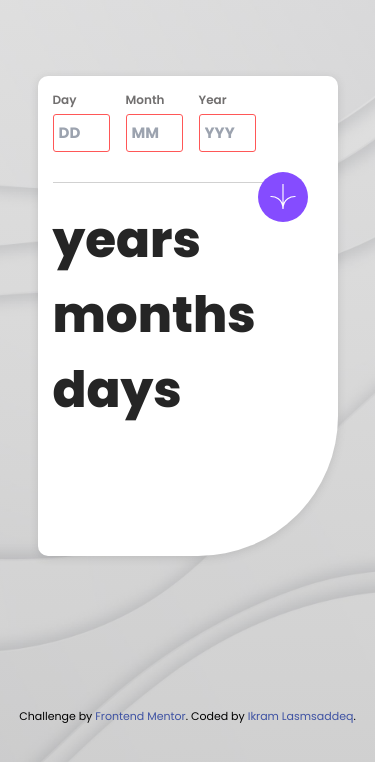
Repository: ikram-lisa/age-display
Page: /
An editor plug-in stored every save of this project. The page is shown before and after the next save, followed by the edit.
The browser window is 375 px wide. The pictures show the whole page.
Some web libraries are served in a nearby version. The project was rebuilt for these pictures with package versions that can differ from the ones it lists, and the page was loaded fresh each time.

Above is the page before, as saved 2024-05-01 16:37:55.

### index.html
<!DOCTYPE html>
<html lang="en">
  <head>
    <meta charset="UTF-8" />
    <meta name="viewport" content="width=device-width, initial-scale=1.0" />
    <!-- displays site properly based on user's device -->
    <link href="https://cdn.tailwindcss.com" rel="stylesheet" />
    <!-- <link rel="stylesheet" href="./css/style.scss" /> -->
    <link
      rel="icon"
      type="image/png"
      sizes="32x32"
      href="./assets/images/favicon-32x32.png"
    />

    <title>Frontend Mentor | Age calculator app</title>
    <style>
      .attribution {
        font-size: 11px;
        text-align: center;
      }
      .attribution a {
        color: hsl(228, 45%, 44%);
      }
    </style>
  </head>
  <script type="module" src="script/script.js"></script>
  <body>
    <section class="calculator">
      <form id="form" action="">
        <div class="formInput active error">
          <label for="day">Day</label>
          <input
            class="day"
            id="day"
            type="number"
            name="day"
            placeholder="DD"
            required
          />
          <span class="error-message">Invalid day</span>
        </div>

        <div class="formInput active error">
          <label for="month">Month</label>
          <input
            class="month"
            id="month"
            type="number"
            name="month"
            placeholder="MM"
            required
          />
          <span class="error-message">Invalid month</span>
        </div>

        <div class="formInput active error">
          <label for="year">Year</label>
          <input
            class="year"
            id="year"
            type="number"
            name="year"
            placeholder="YYYY"
            required
          />
          <span class="error-message">Invalid year</span>
        </div>
        <button class="submit" type="submit">
          <img src="./assets/images/icon-arrow.svg" alt="submit" />
        </button>
      </form>
      <hr class="separator" />
      <div class="result">
        <p class="years"><span></span>years</p>
        <p class="month"><span></span>months</p>
        <p class="days"><span></span>days</p>
      </div>
    </section>
    <footer>
      <div class="attribution">
        Challenge by
        <a href="https://www.frontendmentor.io?ref=challenge" target="_blank"
          >Frontend Mentor</a
        >. Coded by <a href="#">Ikram Lasmsaddeq</a>.
      </div>
    </footer>
  </body>
</html>

### script/script.js
import "../css/style.scss";

// const form = document.querySelector("#form");

// console.log("Form:", form);

// form.addEventListener("submit", onFormSubmit);

// function onFormSubmit(e) {
//   e.preventDefault();
//   const data = new FormData(e.target);
//   const year = data.get("year");
//   const month = data.get("month");
//   const day = data.get("day");

//   const yearsSpan = document.querySelector(".years span");
//   const monthsSpan = document.querySelector(".month span");
//   const daysSpan = document.querySelector(".days span");

//   yearsSpan.textContent = year.trim() === "" ? "--" : year;
//   monthsSpan.textContent = month.trim() === "" ? "--" : month;q
//   daysSpan.textContent = day.trim() === "" ? "--" : day;
// }

document.addEventListener("DOMContentLoaded", function () {
  const form = document.querySelector("#form");
  const inputs = document.querySelectorAll("#form input[type='number']");

  inputs.forEach((input) => {
    input.addEventListener("input", function () {
      this.classList.remove("error");
      const errorSpan = this.parentNode.querySelector(".error-message");
      errorSpan.style.display = "none";

      this.classList.add("active");

      if (!validateInput(this)) {
        this.classList.add("error");
        this.classList.remove("active");
        errorSpan.style.display = "block"; // Show error message
      }
    });
  });

  form.addEventListener("submit", function (e) {
    e.preventDefault();
    let isValid = true;

    inputs.forEach((input) => {
      if (!validateInput(input)) {
        input.classList.add("error");
        input.parentNode.querySelector(".error-message").style.display =
          "block";
        isValid = false;
      }
    });

    if (isValid) {
      const data = new FormData(e.target);
      const year = data.get("year");
      const month = data.get("month");
      const day = data.get("day");

      const yearsSpan = document.querySelector(".years span");
      const monthsSpan = document.querySelector(".month span");
      const daysSpan = document.querySelector(".days span");

      yearsSpan.textContent = year.trim() === "" ? "--" : year;
      monthsSpan.textContent = month.trim() === "" ? "--" : month;
      daysSpan.textContent = day.trim() === "" ? "--" : day;
    }
  });
});

function validateInput(input) {
  const name = input.name;
  const value = input.value;
  switch (name) {
    case "day":
      return value >= 1 && value <= 31;
    case "month":
      return value >= 1 && value <= 12;
    case "year":
      return (
        value.length === 4 && value >= 1900 && value <= new Date().getFullYear()
      );
    default:
      return false;
  }
}

### css/style.scss
@use "./base/variable" as *;
@use "./base/font.scss" as *;

@tailwind base;
@tailwind components;
@tailwind utilities;

* {
  margin: 0;
  padding: 0;
  box-sizing: border-box;
}
body {
  height: 100vh;
  background: linear-gradient(
      rgba(196, 196, 196, 0.5),
      rgba(161, 161, 161, 0.5)
    ),
    url("../images/background.jpg");
  background-size: cover;
  background-position: center;
  background-repeat: no-repeat;
  font-size: 32px;
  font-family: "Poppins", sans-serif;
  display: grid;
  place-items: center;
}
.calculator {
  width: 40%;
  min-width: 480px;
  max-width: 500px;
  height: 480px;
  background-color: white;
  border-radius: 10px 10px 140px 10px;
  box-shadow: rgba(99, 99, 99, 0.2) 0px 2px 8px 0px;
  position: relative;
  display: flex;
  flex-direction: column;
  padding: 30px;
  #form {
    display: flex;
    flex-wrap: wrap;
    margin-bottom: 30px;
    gap: 16px;

    .formInput {
      display: flex;
      flex-direction: column;
      label {
        font-size: 12px;
        font-weight: 600;
        margin-bottom: 5px;
        color: $smokeyGrey;
      }

      input[type="number"] {
        border: 1px solid rgb(209, 209, 209);
        border-radius: 3px;
        padding: 7px 5px;
        outline: none;
        font-weight: bold;
        font-size: 15px;
        width: 90px;
        &:valid {
          border: 1px solid $purple;
          color: $purple;
        }
        &:invalid {
          border: 1px solid $lightRed;
          color: $lightRed;
        }
      }

      .error-message {
        display: none;
        color: $lightRed;
        font-size: 12px;
      }
    }
    .submit {
      width: 50px;
      height: 50px;
      border-radius: 50%;
      display: flex;
      justify-content: center;
      align-items: center;
      background-color: $purple;
      color: white;
      border: none;
      padding: 10px;
      position: absolute;
      top: 20%;
      right: 10%;
      cursor: pointer;
      transition: all 0.3s;

      &:hover {
        background-color: darken($purple, 10%);
      }
      img {
        width: 25px;
        height: 25px;
        display: block;
        min-width: 30px;
      }
    }
  }

  .separator {
    width: 90%;
    height: 1px;
    background-color: rgb(209, 209, 209);
    border: none;
  }
  .result {
    margin-top: 20px;
    .years,
    .month,
    .days {
      font-size: 50px;
      color: #252525;
      font-weight: 800;
      span {
        color: $purple;
      }
    }
  }
}

@media (max-width: 530px) {
  body {
    font-size: 24px;
  }
  .calculator {
    padding: 15px;
  }
  .submit {
    top: 20%;
    right: 5%;
  }
}
@media (min-width: 375px) AND (max-width: 450px) {
  .calculator {
    #form {
      .formInput {
        input[type="number"] {
          width: 57px;
        }
      }
    }
  }
}

@media (max-width: 768px) {
  .calculator {
    width: 80%; // Increasing width on smaller screens
    min-width: 300px; // Adjusted min-width
  }
}
@media (max-width: 1440px) {
}

### css/base/_variable.scss
// Primary

$purple: hsl(259, 100%, 65%);
$lightRed: hsl(0, 100%, 67%);

// Neutral

$white: hsl(0, 0%, 100%);
$offWhite: hsl(0, 0%, 94%);
$lightGrey: hsl(0, 0%, 86%);
$smokeyGrey: hsl(0, 1%, 44%);
$offBlack: hsl(0, 0%, 8%);

### css/base/_font.scss
@import url("https://fonts.googleapis.com/css2?family=Montserrat:ital,wght@0,100..900;1,100..900&family=Open+Sans:ital,wght@0,400;0,600;0,700;0,800;1,400;1,700;1,800&family=Poppins:ital,wght@0,200;0,300;0,400;0,500;0,600;0,700;0,800;0,900;1,100;1,200;1,300;1,400;1,500;1,600;1,700;1,800;1,900&display=swap");

Loaded but not shown: tailwind.config.js (1075 lines, source omitted)

After the next save:
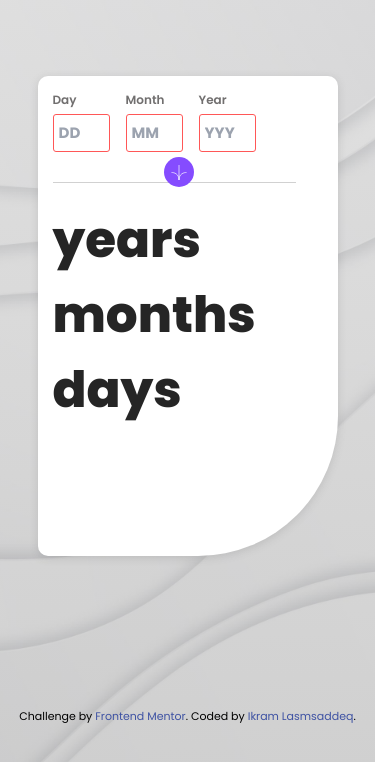
Saved 2 min 32 s later.
--- a/css/style.scss
+++ b/css/style.scss
@@ -147,6 +147,16 @@ body {
           width: 57px;
         }
       }
+      .submit {
+        width: 30px;
+        height: 30px;
+        top: 17%;
+        right: 48%;
+        img {
+          width: 15px;
+          height: 15px;
+        }
+      }
     }
   }
 }
